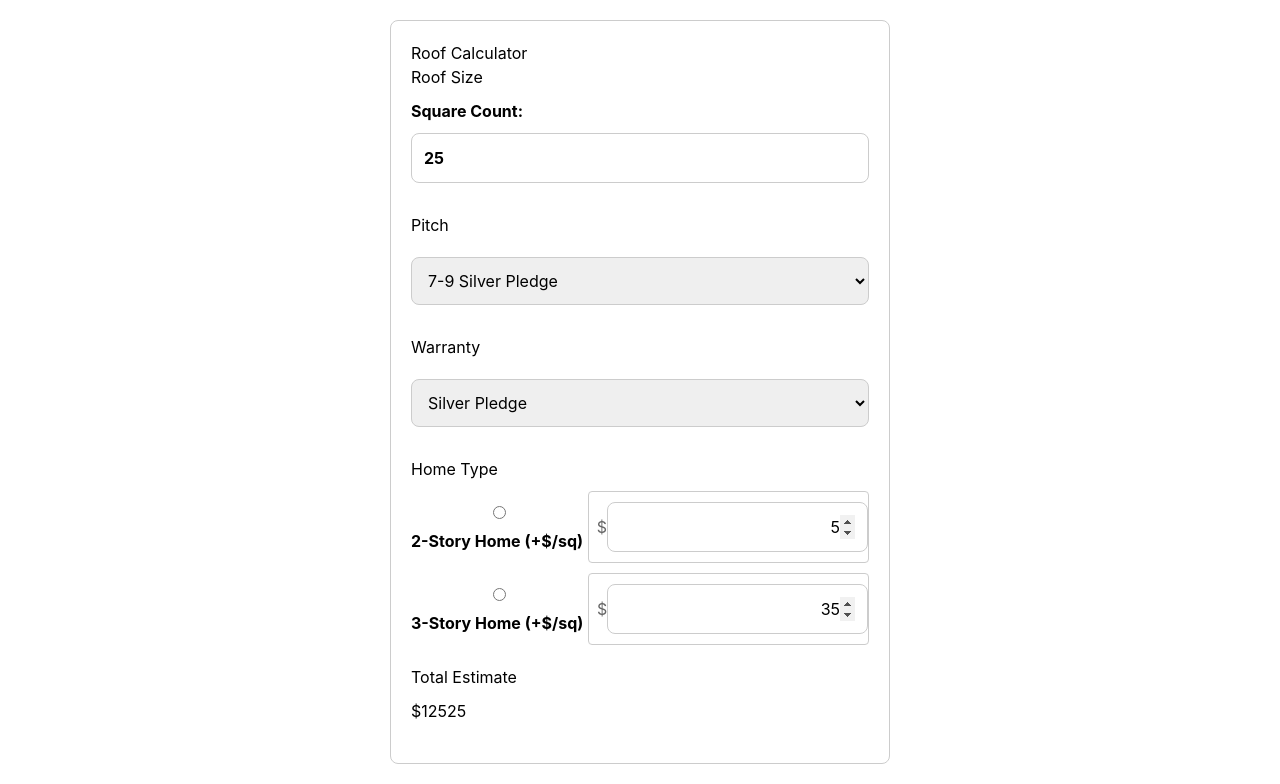
Repository: Tripp-L/roof-calc-app
Page: /
An editor plug-in stored every save of this project. The page is shown before and after the next save, followed by the edit.
The browser window is 1280 px wide. The pictures show the whole page.
The project was rebuilt for these pictures with package versions that can differ from the ones it lists, and the page was loaded fresh each time.

Above is the page before, as saved 2024-10-13 23:03:19.

After the next save:
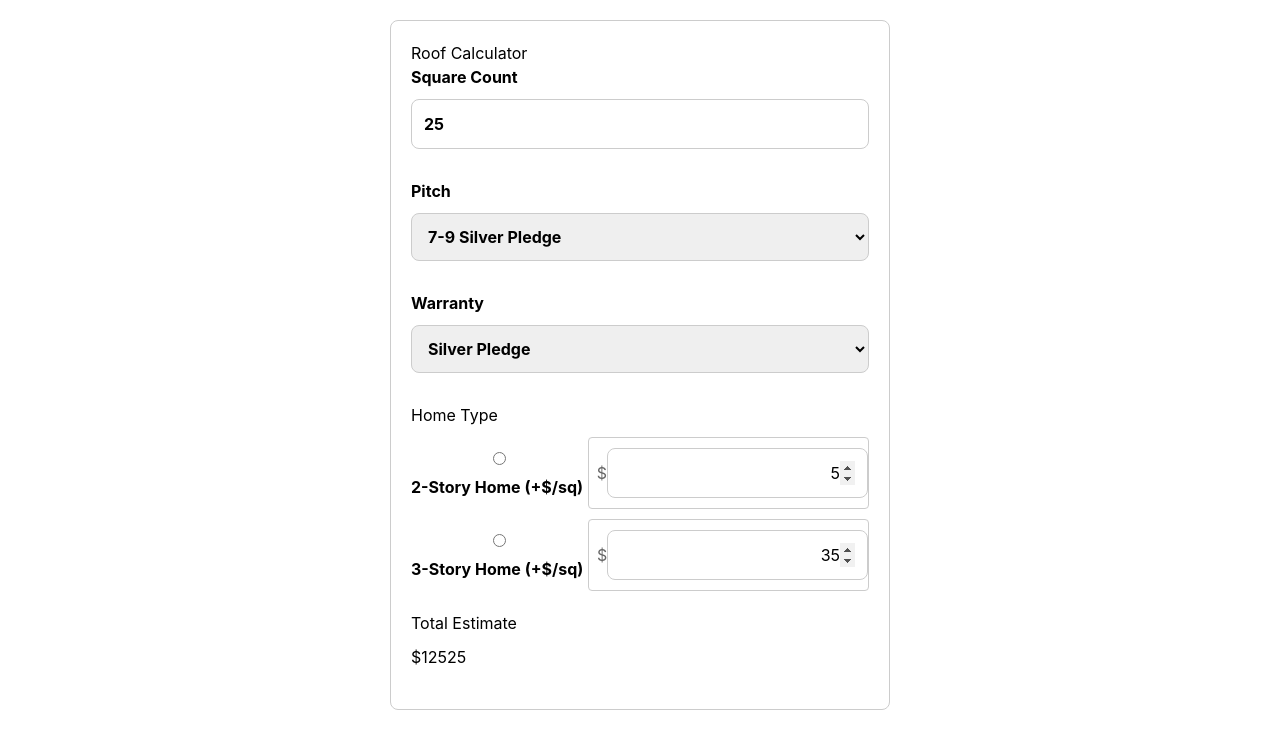
Saved 106 s later.
--- a/src/RoofCalculator.js
+++ b/src/RoofCalculator.js
@@ -38,9 +38,8 @@ const RoofCalculator = () => {
       <h1>Roof Calculator</h1>
 
       <div className="calculator-section">
-        <h3>Roof Size</h3>
         <label>
-          Square Count:
+          Square Count
           <input
             type="number"
             value={squareCount}
@@ -51,19 +50,23 @@ const RoofCalculator = () => {
       </div>
 
       <div className="calculator-section">
-        <h3>Pitch</h3>
-        <select value={pitch} onChange={(e) => setPitch(e.target.value)}>
-          <option value="7-9 Silver Pledge">7-9 Silver Pledge</option>
-          <option value="10-12 Golden Pledge">10-12 Golden Pledge</option>
-        </select>
+        <label>
+          Pitch
+          <select value={pitch} onChange={(e) => setPitch(e.target.value)}>
+            <option value="7-9 Silver Pledge">7-9 Silver Pledge</option>
+            <option value="10-12 Golden Pledge">10-12 Golden Pledge</option>
+          </select>
+        </label>
       </div>
 
       <div className="calculator-section">
-        <h3>Warranty</h3>
-        <select value={warranty} onChange={(e) => setWarranty(e.target.value)}>
-          <option value="Silver Pledge">Silver Pledge</option>
-          <option value="Golden Pledge">Golden Pledge</option>
-        </select>
+        <label>
+          Warranty
+          <select value={warranty} onChange={(e) => setWarranty(e.target.value)}>
+            <option value="Silver Pledge">Silver Pledge</option>
+            <option value="Golden Pledge">Golden Pledge</option>
+          </select>
+        </label>
       </div>
 
       <div className="calculator-section">
@@ -114,7 +117,7 @@ const RoofCalculator = () => {
         </div>
       </div>
 
-      <div className="calculator-section">
+      <div className="calculator-section total">
         <h3>Total Estimate</h3>
         <p>${calculateTotal()}</p>
       </div>
